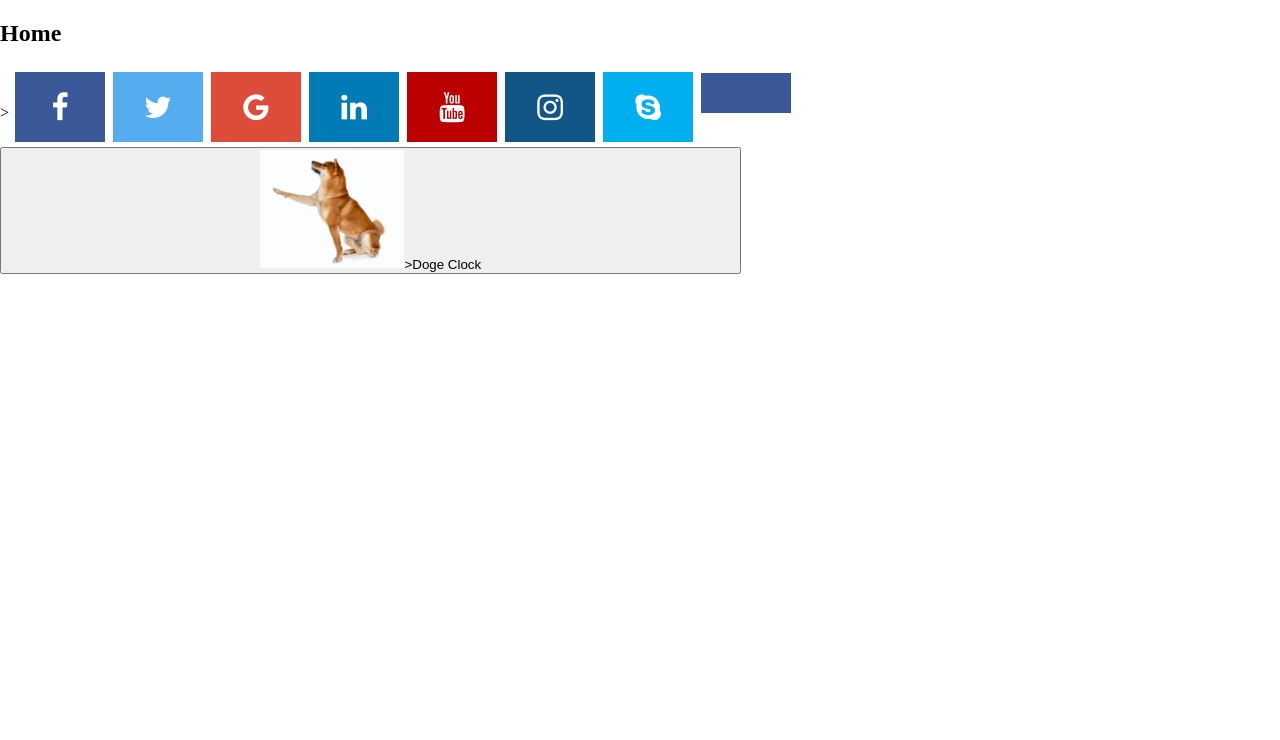
Repository: MatthewSalazar30/MatthewSalazar30.github.io
Page: Home.html
The author's editor kept a record of every edit. The page is drawn from the files as they stood at one moment, then again after the next edit.
The browser window is 1280 px wide. The pictures show the whole page.

Above is the page before.

After the next edit:
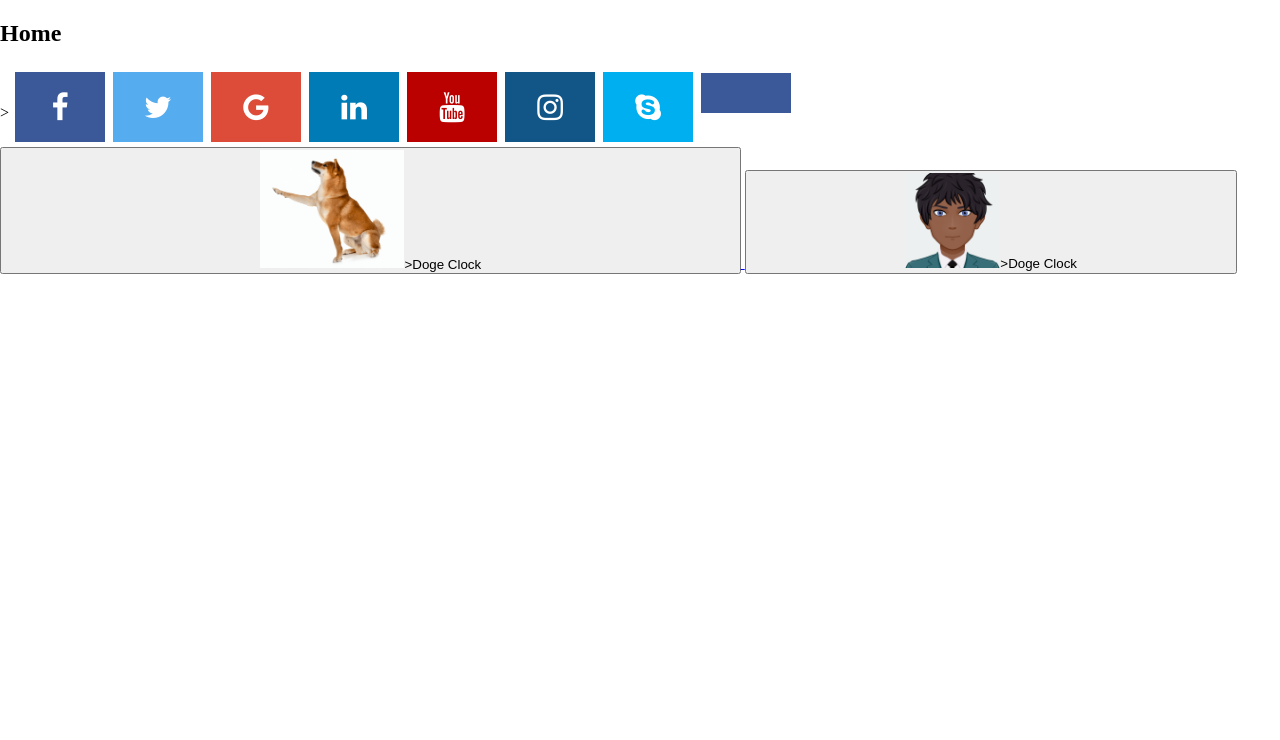
The edit:
--- a/Home.html
+++ b/Home.html
@@ -168,6 +168,7 @@
 <div class="container">
   <a href="Dogs.html">
   <button class="btn"><img src="images/Doge.jpg" style="width:20%">>Doge Clock</button style="width:100&">
+   <button class="btn"><img src="images/myAvatar.png" style="width:20%">>Doge Clock</button style="width:100&">
 </a>
 </div>
 
